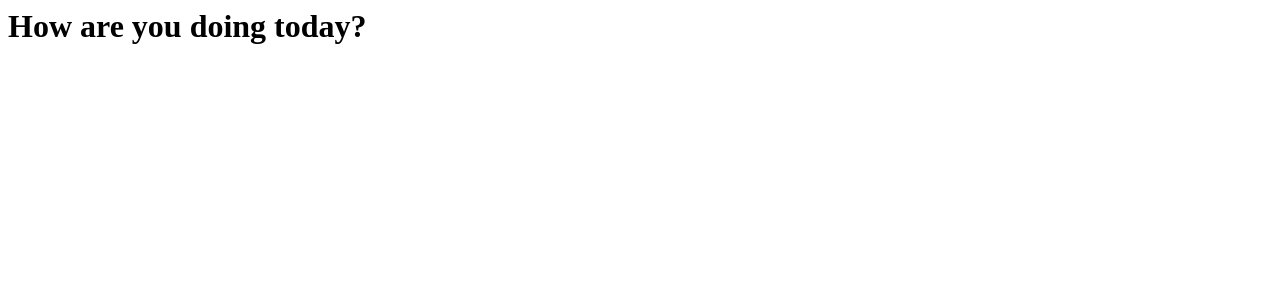
Repository: collyrium921/myproject
Page: http://localhost/
These files come from the project's save history. The page is drawn as it stood at one moment and after the next save; the edit follows.
The browser window is 1280 px wide. The pictures show the whole page.
The page is served by the project's application, run on Django 4.2 (manage.py).

Above is the page before, as saved 2022-12-01 15:25:57.

After the next save:
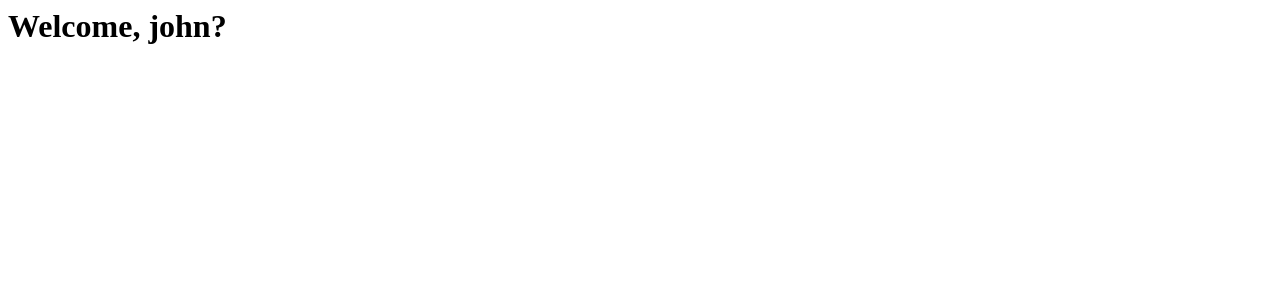
Saved 11 s later.
--- a/templates/index.html
+++ b/templates/index.html
@@ -1,3 +1,3 @@
 <h1>
-    How are you doing today?
+   Welcome, john?
 </h1>
